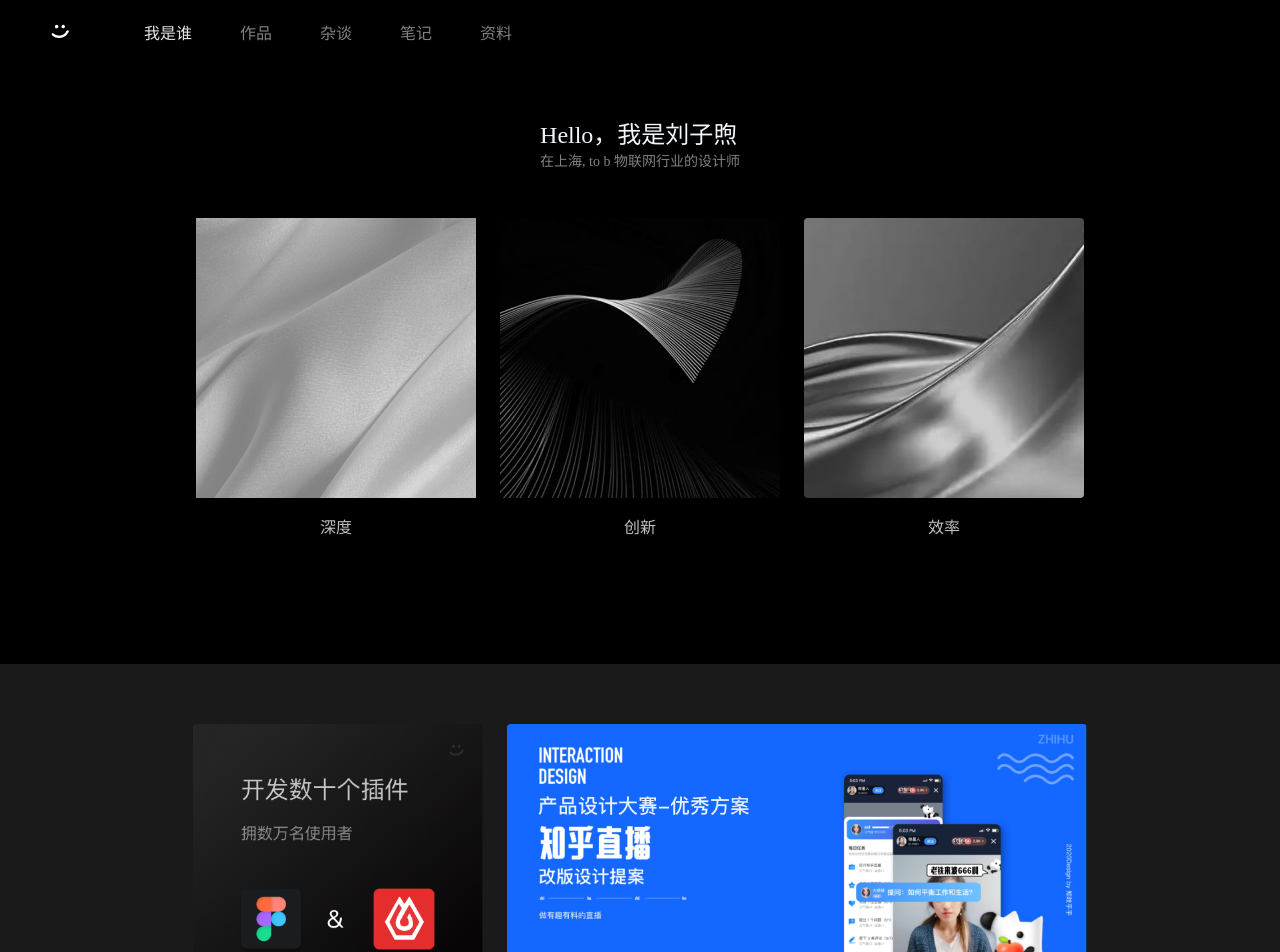
Repository: LiuZixu-aurelio/myblog-Vue
Page: /#/home/who
An editor plug-in stored every save of this project. The page is shown before and after the next save, followed by the edit.
The browser window is 1280 px wide. The pictures show the part of the page from y = 0 to 952 px (the page is 2952 px tall).
The project was rebuilt for these pictures with package versions that can differ from the ones it lists, and the page was loaded fresh each time. Also part of the build but not shown: vue.config.js, src/views/PreView.vue, src/components/cardCom.vue, src/views/project.vue, src/views/talk.vue, src/views/sign.vue, src/views/test.vue, src/components/detailCom.vue.

Above is the page before, as saved 2022-09-08 13:59:14.

After the next save:
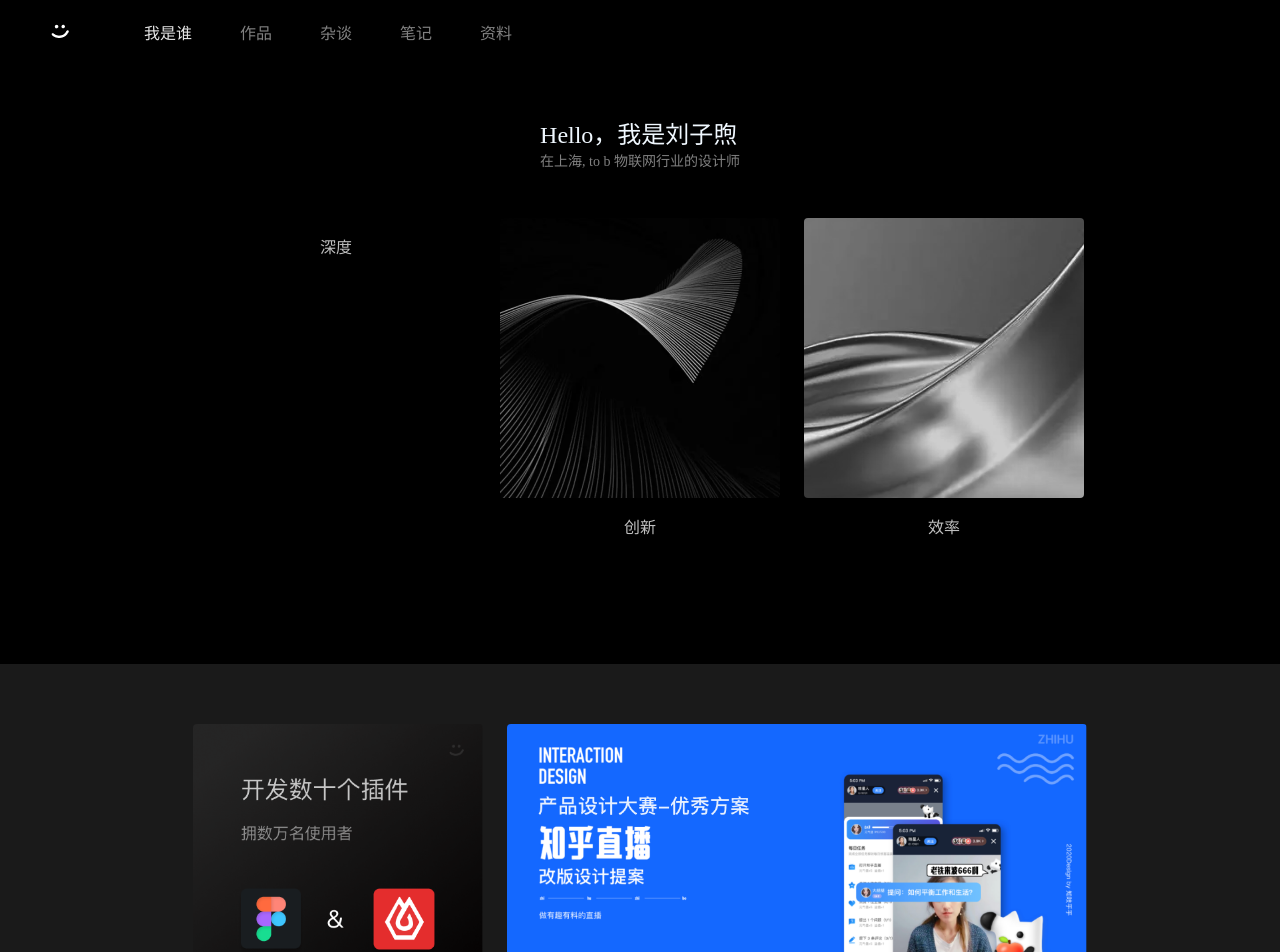
Saved 18 s later.
--- a/src/views/who.vue
+++ b/src/views/who.vue
@@ -131,11 +131,9 @@
 }
 
 #a1 {
-  width: 280px;
-  height: 280px;
-  background-image: url('../assets/who/c1.png');
-  background-size: 300px 300px;
-}
+  background-image: url('../assets/who/c2.png');
+}
+
 #a1:hover {
   width: 280px;
   height: 280px;

After the save that followed:
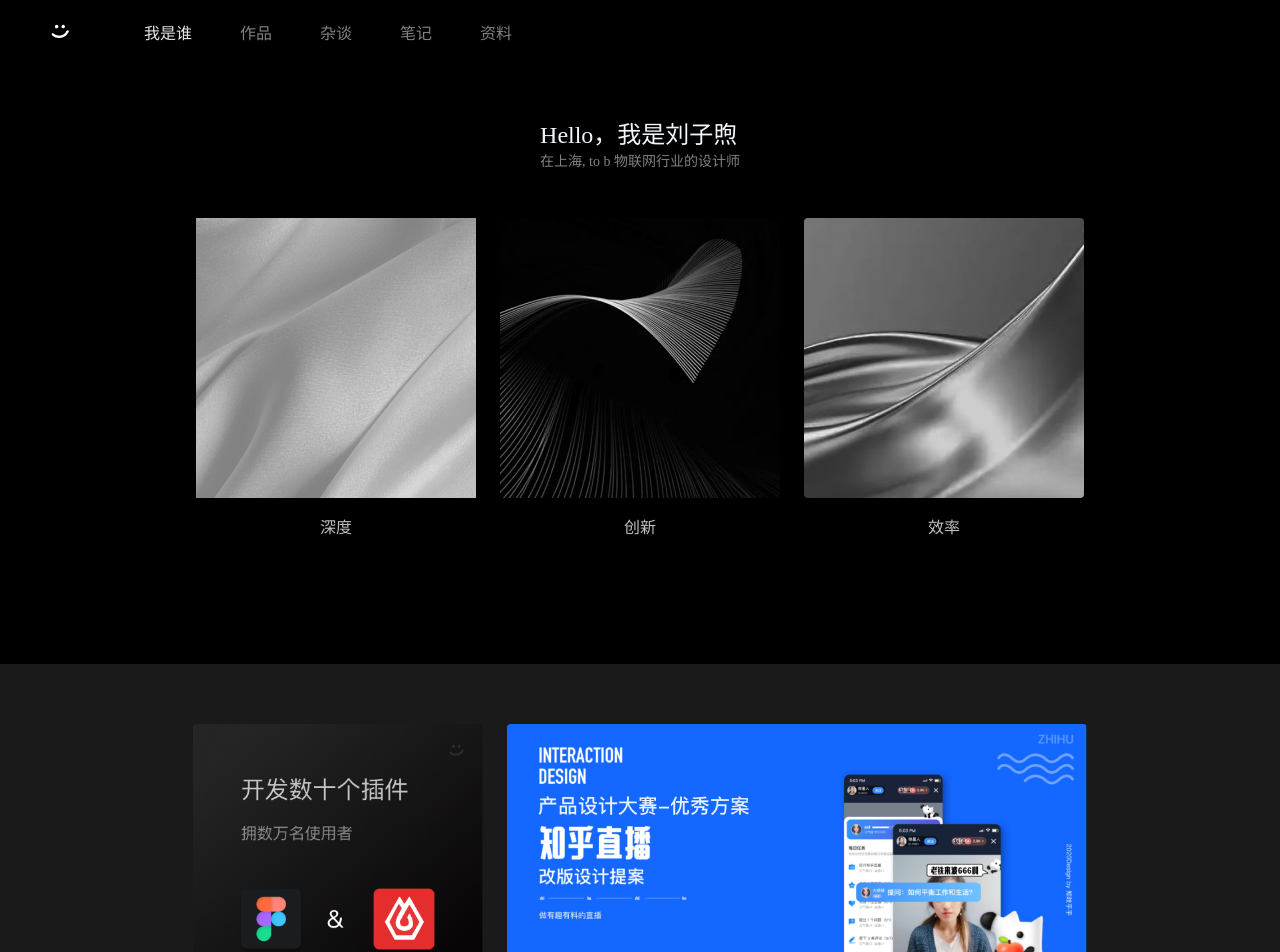
Saved 47 s later.
--- a/src/views/who.vue
+++ b/src/views/who.vue
@@ -130,11 +130,11 @@
 
 }
 
-#a1 {
+#a1:hover {
   background-image: url('../assets/who/c2.png');
 }
 
-#a1:hover {
+#a1{
   width: 280px;
   height: 280px;
   background-image: url('../assets/who/c1.png');
